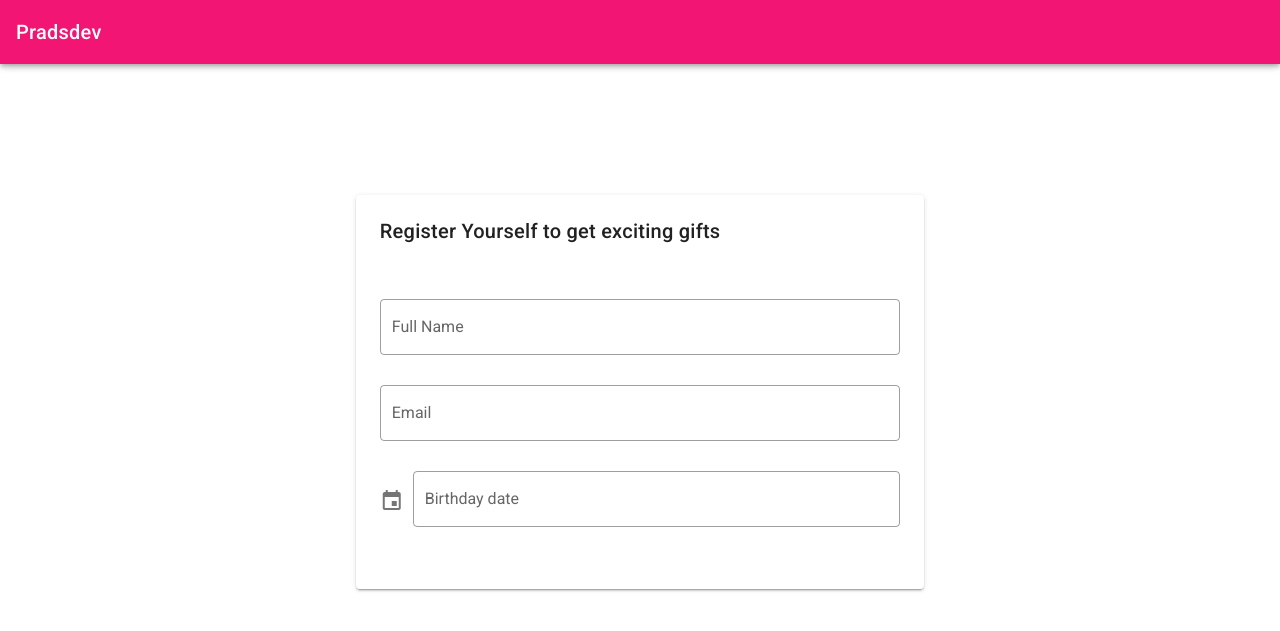
Repository: pradsdev/vue-form-validate
Page: /
The author's editor kept a copy of each file at every save. The page is drawn from the files as they stood at one save, then again after the next save.
The browser window is 1280 px wide. The pictures show the whole page.
The project was rebuilt for these pictures with package versions that can differ from the ones it lists, and the page was loaded fresh each time. Also part of the build but not shown: vue.config.js.

Above is the page before, as saved 2020-12-21 23:15:38.

### src/App.vue
<template>
  <v-app>
    <v-app-bar
      app
      color="primary"
      dark
    >
      <div class="d-flex align-center">
        <div class="title">
          Pradsdev
        </div>
      </div>
    </v-app-bar>

    <v-main>
      <HelloWorld/>
    </v-main>
  </v-app>
</template>

<script>
import HelloWorld from './components/HelloWorld'

export default {
  name: 'App',

  components: {
    HelloWorld
  },

  data: () => ({
    //
  })
}
</script>

### src/plugins/vuetify.js
import Vue from 'vue'
import Vuetify from 'vuetify/lib/framework'

Vue.use(Vuetify)

export default new Vuetify({
  theme: {
    options: {
      customProperties: true
    },
    themes: {
      light: {
        primary: '#f31573',
        secondary: '#424242',
        accent: '#82B1FF',
        error: '#FF5252',
        info: '#2196F3',
        success: '#4CAF50',
        warning: '#FFC107'
      }
    }
  }
})

### src/components/HelloWorld.vue
<template>
  <v-container fill-height>
    <v-row class="text-center justify-center">
      <v-col cols="6">
        <v-card>
          <v-card-title class="py-5 mx-2">
            Register Yourself to get exciting gifts
          </v-card-title>
          <v-form class="mx-6 py-8">
            <v-text-field outlined label="Full Name"/>
            <v-text-field outlined label="Email"/>
            <v-menu
              ref="menu"
              v-model="menu"
              :close-on-content-click="false"
              transition="scale-transition"
              offset-y
              min-width="290px"
            >
              <template v-slot:activator="{ on, attrs }">
                <v-text-field
                  v-model="date"
                  label="Birthday date"
                  prepend-icon="mdi-calendar"
                  readonly
                  outlined
                  v-bind="attrs"
                  v-on="on"
                ></v-text-field>
              </template>
              <v-date-picker
                ref="picker"
                v-model="date"
                :max="new Date().toISOString().substr(0, 10)"
                min="1950-01-01"
                @change="save"
              ></v-date-picker>
            </v-menu>
          </v-form>
        </v-card>
      </v-col>
    </v-row>
  </v-container>
</template>

<script>
export default {
  name: 'HelloWorld',

  data: () => ({
    date: null,
    menu: false
  }),
  watch: {
    menu (val) {
      val && setTimeout(() => (this.$refs.picker.activePicker = 'YEAR'))
    }
  },
  methods: {
    save (date) {
      this.$refs.menu.save(date)
    }
  }
}
</script>

Loaded but not shown: public/index.html (common file); src/main.js (common file)

After the next save:
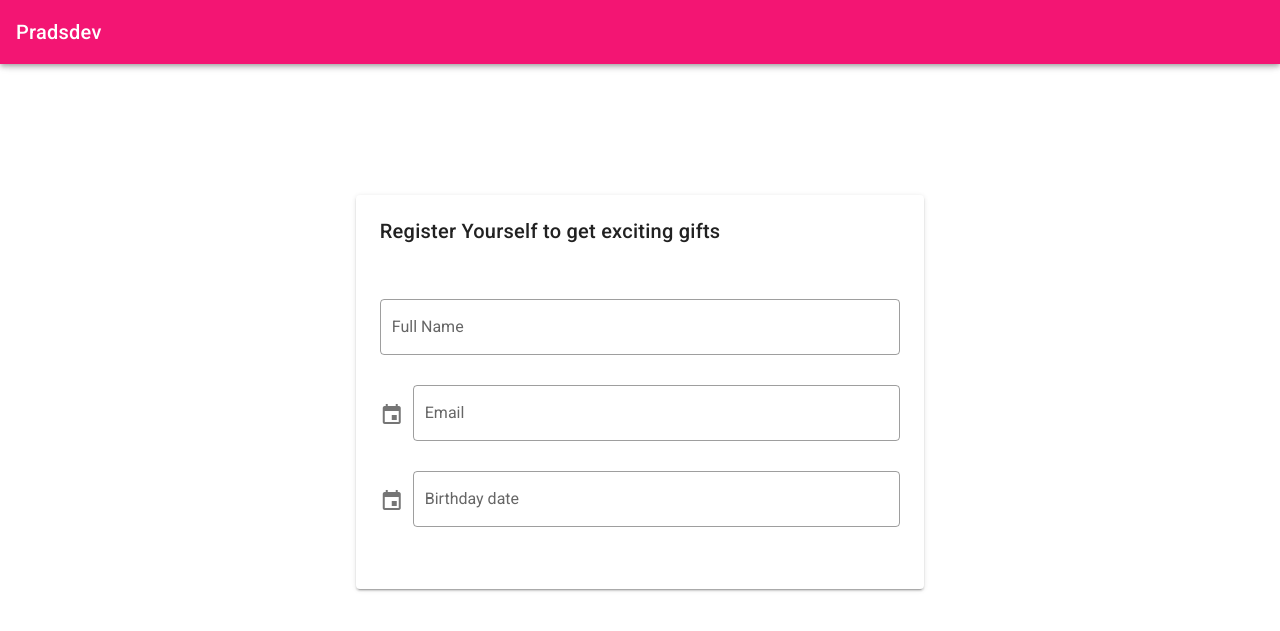
Saved 19 s later.
--- a/src/components/HelloWorld.vue
+++ b/src/components/HelloWorld.vue
@@ -8,7 +8,7 @@
           </v-card-title>
           <v-form class="mx-6 py-8">
             <v-text-field outlined label="Full Name"/>
-            <v-text-field outlined label="Email"/>
+            <v-text-field outlined label="Email" prepend-icon="mdi-calendar"/>
             <v-menu
               ref="menu"
               v-model="menu"
